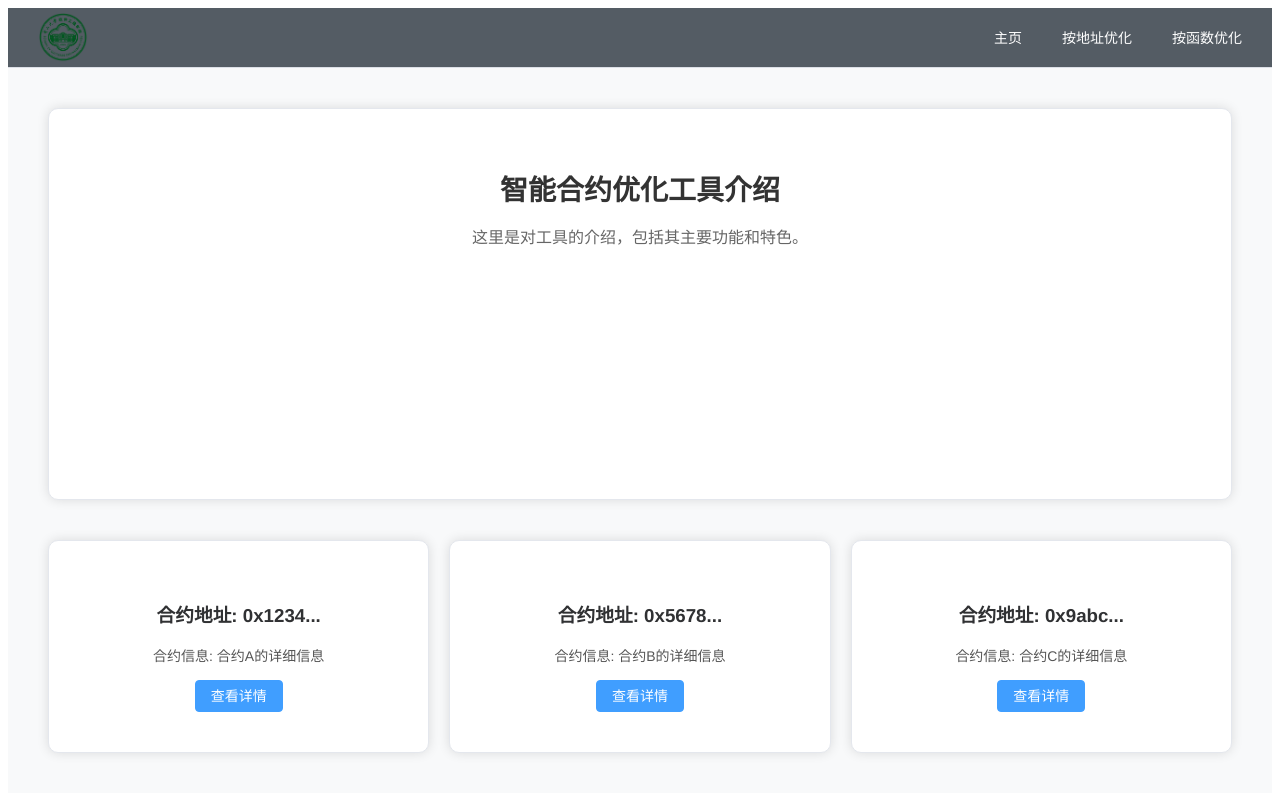
Repository: syckcoding/SmartHalo
Page: /
These files come from the project's save history. The page is drawn as it stood at one moment and after the next save; the edit follows.
The browser window is 1280 px wide. The pictures show the whole page.
The project was rebuilt for these pictures with package versions that can differ from the ones it lists, and the page was loaded fresh each time. Also part of the build but not shown: vite.config.js, src/views/Detail.vue.

Above is the page before, as saved 2024-10-05 11:20:41.

### src/main.js
import { createApp } from 'vue';
import App from './App.vue';
import router from './router';
import ElementPlus from 'element-plus';
import 'element-plus/dist/index.css';

createApp(App).use(router).use(ElementPlus).mount('#app');

### src/App.vue
<template>
  <div id="app">
    <Navbar />
    <router-view />
  </div>
</template>

<script>
import Navbar from './components/Navbar.vue';

export default {
  components: {
    Navbar,
  },
};
</script>

<style>
/* 样式设置 */
#app {
  font-family: Avenir, Helvetica, Arial, sans-serif;
  text-align: center;
  color: #2c3e50;
}
</style>

### src/router/index.js
import { createRouter, createWebHistory } from 'vue-router';
import Home from '../views/Home.vue';
import Detail from '../views/Detail.vue';

const routes = [
  { path: '/', name: 'Home', component: Home },
  { path: '/detail/:id', name: 'Detail', component: Detail, props: true },
];

const router = createRouter({
  history: createWebHistory(process.env.BASE_URL),
  routes,
});

export default router;

### src/components/Navbar.vue
<!-- <template>
  <el-menu :default-active="activeIndex" class="el-menu-demo" mode="horizontal">
    <el-menu-item index="0" class="logo-item">
      <img src="@/assets/intro-image.png" alt="工具LOGO" class="intro-logo" />
    </el-menu-item>
    <div class="menu-right">
      <el-menu-item index="1" @click="goToHome" class="menu-item">主页</el-menu-item>
      <el-menu-item index="2" @click="goToAddressOptimization" class="menu-item">按地址优化</el-menu-item>
      <el-menu-item index="3" @click="goToFunctionOptimization" class="menu-item">按函数优化</el-menu-item>
    </div>
  </el-menu>
</template>

<script>
export default {
  data() {
    return {
      activeIndex: '1',
    };
  },
  methods: {
    goToHome() {
      this.$router.push({ name: 'Home' });
    },
    goToAddressOptimization() {
      this.$router.push({ name: 'Detail', params: { mode: 'address' } });
    },
    goToFunctionOptimization() {
      this.$router.push({ name: 'Detail', params: { mode: 'function' } });
    },
  },
};
</script>

<style scoped>
.el-menu-demo {
  background-color: #f8f9fa;  /* 浅灰色背景，与主页阴影一致 */
  color: #333;
  padding: 10px;
  display: flex;
  align-items: center;
  box-shadow: 0 2px 4px rgba(0, 0, 0, 0.1);  /* 浅灰色阴影效果 */
  border-bottom: 2px solid #2196f3;  /* 底部蓝色线条区分 */
  justify-content: space-between; /* 主轴两端对齐，使左侧logo与右侧菜单分别靠边 */
}

.logo-item {
  pointer-events: none;
  position: relative;
  left: 20px;
  z-index: 10;  /* 保证logo始终在最外层 */
}

.intro-logo {
  width: 55px;
  height: 55px;
  margin-right: 20px;
}

.menu-item {
  color: #333;
  font-size: 18px;  /* 字体稍微调大一点 */
  font-weight: bold;  /* 字体调粗一点 */
  padding: 0 20px;
  transition: color 0.3s ease;
}

.menu-item:hover {
  color: #2196f3;  /* 悬停时改变字体颜色为蓝色，增强交互性 */
}

.menu-right {
  display: flex;
  gap: 30px;
  margin-left: auto;
}

.menu-right {
  display: flex;  /* 确保子元素在同一行显示 */
}
</style> -->

<template>
  <el-menu :default-active="activeIndex" class="el-menu-demo" mode="horizontal">
    <el-menu-item index="0" class="logo-item">
      <img src="@/assets/intro-image.png" alt="工具LOGO" class="intro-logo" />
    </el-menu-item>
    <div class="menu-right">
      <el-menu-item index="1" @click="goToHome">主页</el-menu-item>
      <el-menu-item index="2" @click="goToAddressOptimization">按地址优化</el-menu-item>
      <el-menu-item index="3" @click="goToFunctionOptimization">按函数优化</el-menu-item>
    </div>
  </el-menu>
</template>

<script>
export default {
  data() {
    return {
      activeIndex: '1',
    };
  },
  methods: {
    goToHome() {
      this.$router.push({ name: 'Home' });
    },
    goToAddressOptimization() {
      this.$router.push({ name: 'Detail', params: { mode: 'address' } });
    },
    goToFunctionOptimization() {
      this.$router.push({ name: 'Detail', params: { mode: 'function' } });
    },
  },
};
</script>

<style scoped>
.el-menu-demo {
  background-color: #545c64;
  color: #fff;
  padding: 10px;
  display: flex;  /* 使用Flex布局 */
  align-items: center;
  justify-content: space-between; /* 主轴两端对齐，使左侧logo与右侧菜单分别靠边 */
}

.logo-item {
  pointer-events: none;
}

.intro-logo {
  width: 50px;
  height: 50px;
  margin-right: 20px;
}

.el-menu-demo .el-menu-item {
  color: #fff;
}

.menu-right {
  display: flex;  /* 确保子元素在同一行显示 */
}
</style>

### src/views/Home.vue
<template>
    <div>
      <HomePage />
    </div>
  </template>

  <script>
  import HomePage from '../components/HomePage.vue';

  export default {
    components: {
      HomePage,
    },
  };
  </script>

  <style scoped>
  /* 可根据需要添加样式 */
  </style>

### src/components/HomePage.vue
<template>
  <div class="home">
    <el-row :gutter="20" class="intro-section">
      <el-col :span="24">
        <el-card class="intro-card">
          <h1 class="intro-title">智能合约优化工具介绍</h1>
          <p class="intro-description">这里是对工具的介绍，包括其主要功能和特色。</p>
        </el-card>
      </el-col>
    </el-row>

    <el-row :gutter="20" class="contracts">
      <el-col :span="8" v-for="contract in contracts" :key="contract.id">
        <el-card class="box-card">
          <div class="card-header">
            <h3>合约地址: {{ contract.address }}</h3>
          </div>
          <div class="card-content">
            <p>合约信息: {{ contract.info }}</p>
          </div>
          <div class="card-actions center-button">
            <el-button type="primary" @click="viewDetails(contract.id)">查看详情</el-button>
          </div>
        </el-card>
      </el-col>
    </el-row>
  </div>
</template>

<script>
export default {
  data() {
    return {
      contracts: [
        { id: 1, address: '0x1234...', info: '合约A的详细信息' },
        { id: 2, address: '0x5678...', info: '合约B的详细信息' },
        { id: 3, address: '0x9abc...', info: '合约C的详细信息' },
      ],
    };
  },
  methods: {
    viewDetails(contractId) {
      this.$router.push({ name: 'Detail', params: { id: contractId } });
    },
  },
};
</script>

<style scoped>
.home {
  padding: 40px;
  background-color: #f8f9fa;
}
.intro-section {
  margin-bottom: 40px;
}
.intro-card {
  padding: 20px;
  min-height: 350px;
  background-color: #ffffff;
  border-radius: 10px;
  box-shadow: 0 4px 8px rgba(0, 0, 0, 0.1);
}
.intro-title {
  font-size: 28px;
  font-weight: bold;
  color: #333;
  margin-bottom: 10px;
}
.intro-description {
  font-size: 16px;
  color: #666;
}
.contracts {
  margin-top: 20px;
}
.box-card {
  padding: 20px;
  background-color: #ffffff;
  border-radius: 10px;
  box-shadow: 0 4px 8px rgba(0, 0, 0, 0.1);
  transition: transform 0.3s ease;
}
.box-card:hover {
  transform: translateY(-5px);
}
.card-header {
  margin-bottom: 10px;
}
.card-content {
  font-size: 14px;
  color: #555;
  margin-bottom: 15px;
}
.card-actions {
  text-align: center;
  display: flex;
  justify-content: center;
  align-items: center;
}
.center-button {
  margin-top: 15px;
}
.el-button {
  background-color: #409eff;
  border-color: #409eff;
  color: #ffffff;
}
.el-button:hover {
  background-color: #66b1ff;
  border-color: #66b1ff;
}
</style>

Loaded but not shown: index.html (common file)

After the next save:
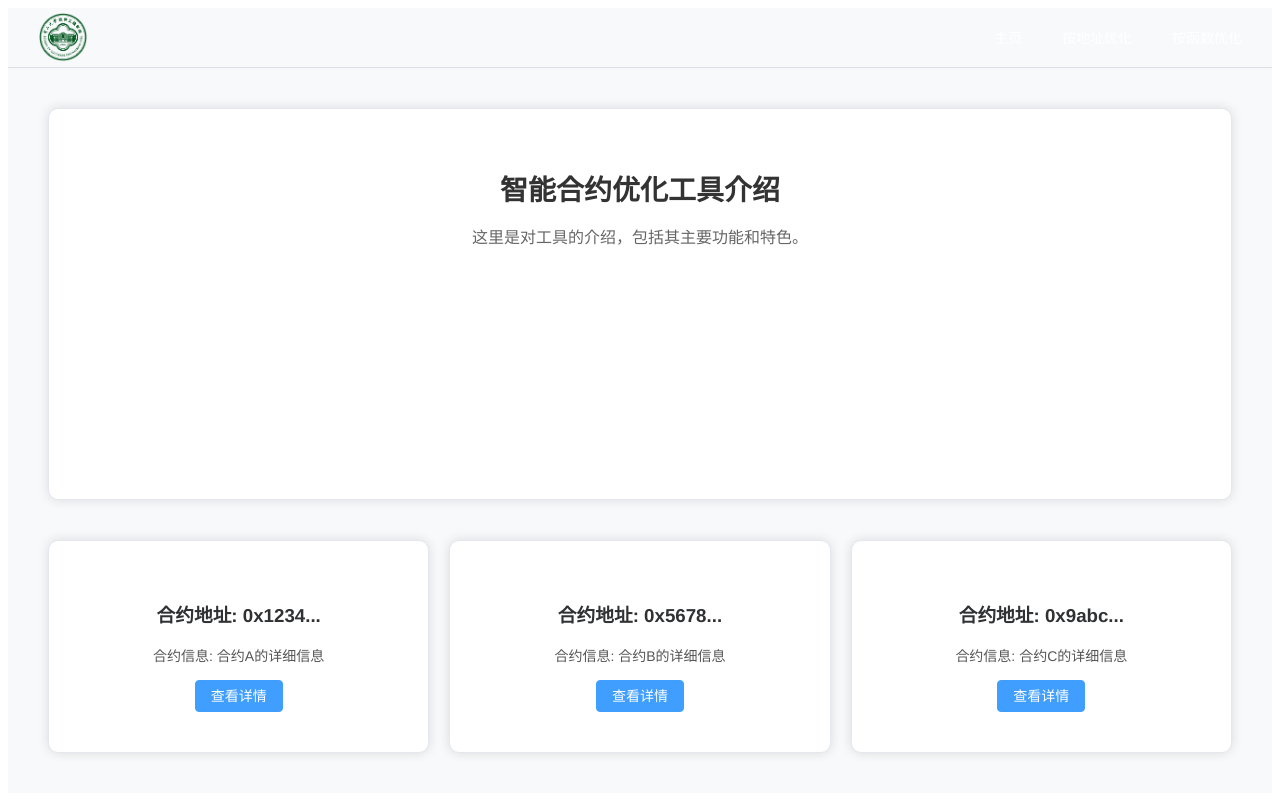
Saved 2 min 38 s later.
--- a/src/components/Navbar.vue
+++ b/src/components/Navbar.vue
@@ -116,8 +116,8 @@
 
 <style scoped>
 .el-menu-demo {
-  background-color: #545c64;
-  color: #fff;
+  background-color: #f8f9fa;  /* 浅灰色背景，与主页阴影一致 */
+  color: #333;
   padding: 10px;
   display: flex;  /* 使用Flex布局 */
   align-items: center;

After the save that followed:
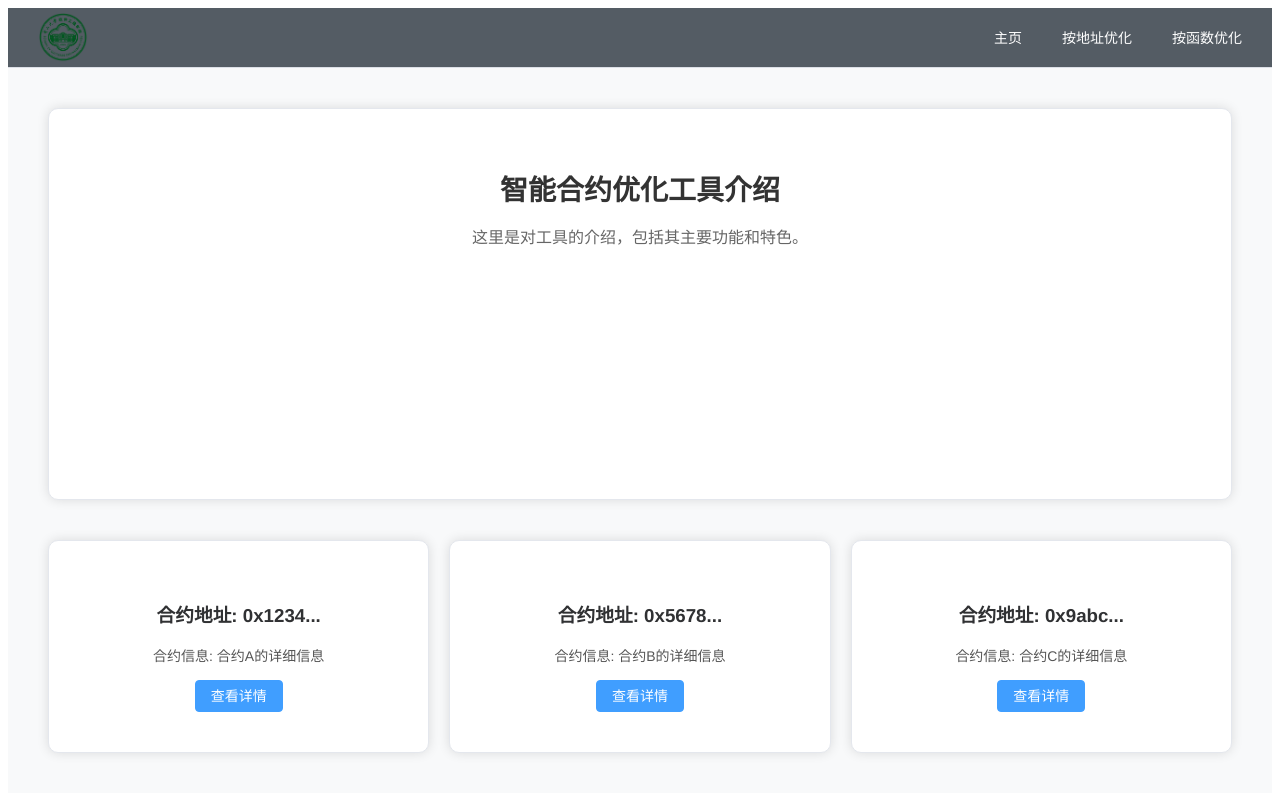
Saved 15 s later.
--- a/src/components/Navbar.vue
+++ b/src/components/Navbar.vue
@@ -118,6 +118,8 @@
 .el-menu-demo {
   background-color: #f8f9fa;  /* 浅灰色背景，与主页阴影一致 */
   color: #333;
+  background-color: #545c64;
+  color: #fff;
   padding: 10px;
   display: flex;  /* 使用Flex布局 */
   align-items: center;
